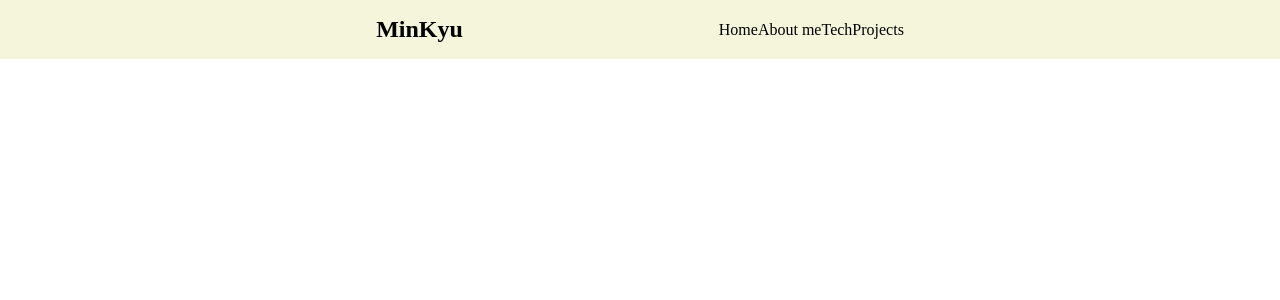
Repository: alsrb0504/portfolio-blog
Page: /
An editor plug-in stored every save of this project. The page is shown before and after a run of saves, followed by the edit.
The browser window is 1280 px wide. The pictures show the whole page.
The project was rebuilt for these pictures with package versions that can differ from the ones it lists, and the page was loaded fresh each time. Also part of the build but not shown: src/app.module.css.

Above is the page before, as saved 2021-07-12 15:47:19.

After the next 6 saves:
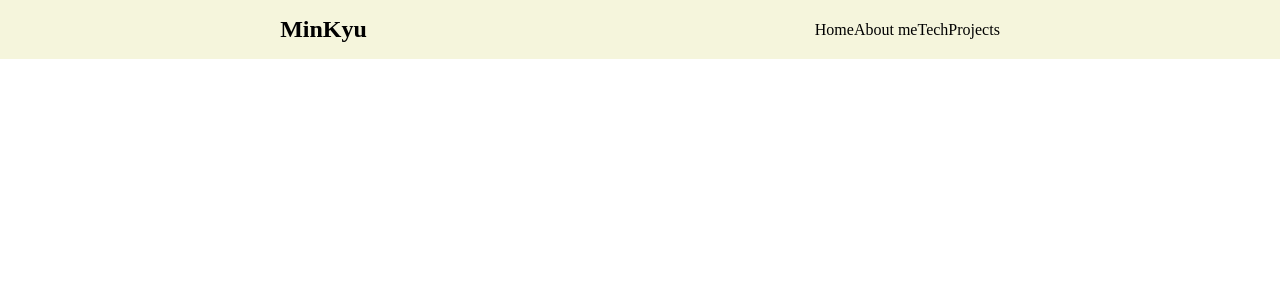
The 6 saves are shown as one change because they came seconds apart.
The last was saved 20 s later.
--- a/src/components/header/header.module.css
+++ b/src/components/header/header.module.css
@@ -9,7 +9,7 @@
 
 .title {
   /* margin: 0; */
-  margin-right: 10rem;
+  margin-right: 22rem;
 }
 
 .menus {
